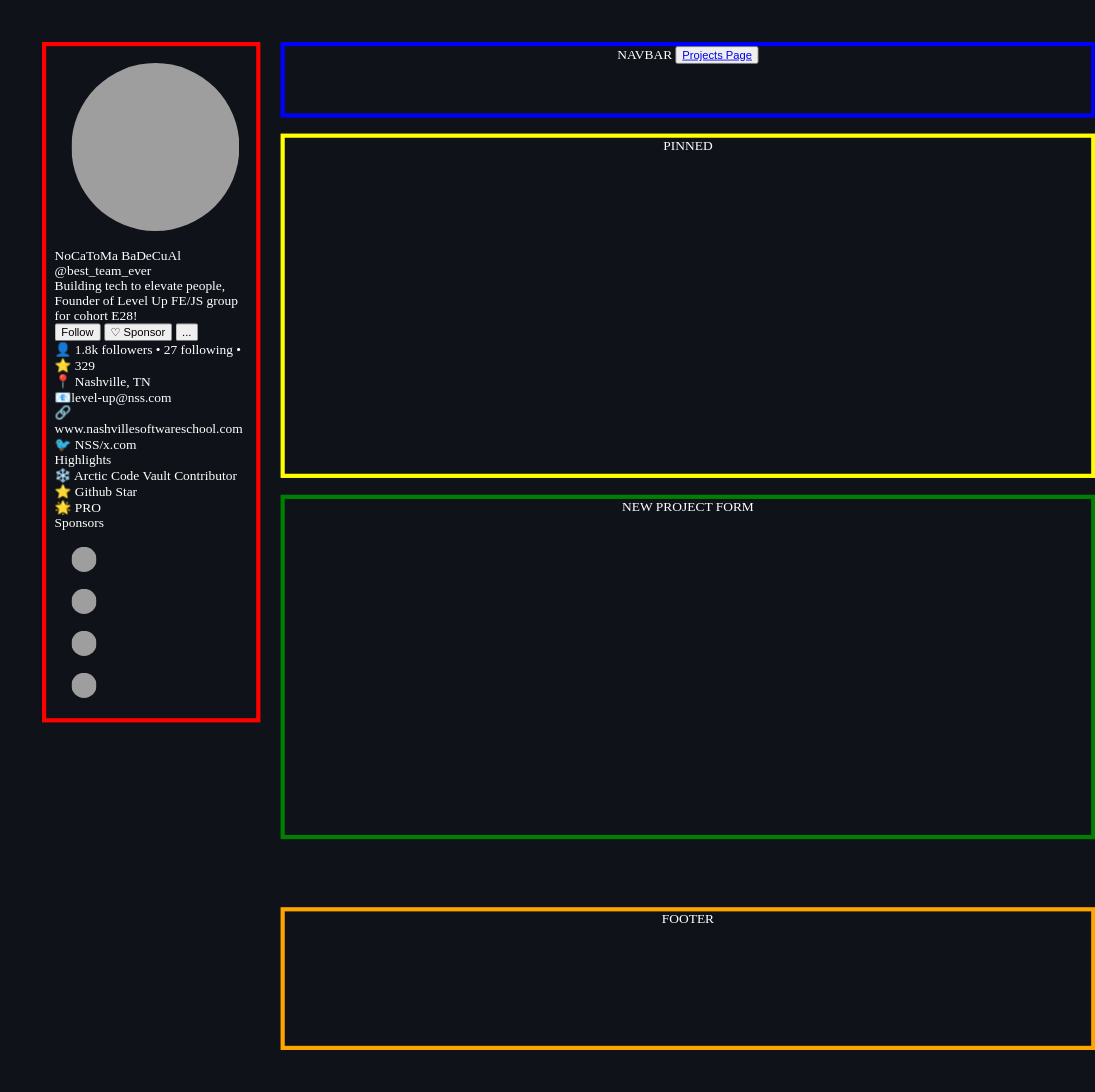
Repository: nss-evening-cohort-28/nss-evening-cohort-28-classroom-gitsub-Q1-project-gitsub
Page: index.html
An editor plug-in stored every save of this project. The page is shown before and after the next save, followed by the edit.
The browser window is 1280 px wide. The page is 1304 px wide, so the pictures cover 1304 px, including what lies to the right of the window. The pictures show the whole page, at 84% of full size.
Pictures or frames that could not be fetched are drawn as grey boxes.

Above is the page before, as saved 2024-08-07 20:46:47.

### index.html
<!DOCTYPE html>
<html lang="en">
<head>
    <meta charset="UTF-8">
    <meta name="viewport" content="width=device-width, initial-scale=1.0">
    <link rel="stylesheet" href="main.css">
    <title>Document</title>
</head>
<body>
    <div class="flexContainer">
        <div class="profile">
          <div class="top-section">
            <img src="https://media.tenor.com/GliBTZeL1kQAAAAM/%D0%BC%D0%BE%D0%B9-%D0%B4%D0%B5%D0%B4.gif" class="card-img-top" >
            <div class="profile-info">
            <p>NoCaToMa BaDeCuAl</p>
            <p>@best_team_ever</p>
            <p>Building tech to elevate people, Founder of Level Up FE/JS group for cohort E28!</p>
            </div>
            <div class="profile-section-buttons">
              <div class="d-grid gap-2 d-md-block">
                <button class="btn btn-primary" type="button">Follow</button>
                <button class="btn btn-primary" type="button">♡ Sponsor</button>
                <button class="btn btn-primary" type="button">...</button>
              </div>
            </div>
            <div class="profile-section-body">
              <p>👤 1.8k followers • 27 following • ⭐️ 329</p>
              <p>📍 Nashville, TN</p>
              <p>📧level-up@nss.com</p>
              <p>🔗 www.nashvillesoftwareschool.com</p>
              <p>🐦 NSS/x.com</p>
            </div>
          </div>
          <div class="middle-section">
            <p>Highlights</p>
            <p>❄️ Arctic Code Vault Contributor</p>
            <p>⭐️ Github Star</p>
            <p>🌟 PRO</p>
          </div>
          <div class="bottom-section">
            <p>Sponsors</p>
            <img src="https://avatars.githubusercontent.com/u/31261276?s=100&v=4" class="sponsor-pic">
            <img src="https://avatars.githubusercontent.com/u/137121714?s=100&v=4" class="sponsor-pic">
            <img src="https://avatars.githubusercontent.com/u/173638175?s=100&v=4" class="sponsor-pic">
            <img src="https://avatars.githubusercontent.com/u/107224963?s=100&v=4" class="sponsor-pic">
          </div>
        </div>
        <div class="flexContainer">
            <div class="navBar">NAVBAR
              <button><a href="projects.html">
                Projects Page
              </a></button>
            </div>
            <div class="pinned">PINNED</div>
            <div class="newProject">NEW PROJECT FORM</div>
            <div class="footer">FOOTER</div>
        </div>
    </div>
    <script src="main.js"></script>
</body>
</html>

### main.css
body {
    background-color: #0F1218;
    text-align: center;
    margin: 50px;
    width: 1200px;
    color: white;
}

.flexContainer {
    display: flex;
    flex-wrap: wrap;
    flex-direction: column;
    max-width: 75rem;
    height: 75rem;
    gap: 2%;
}

.profile {
    border: 5px solid red;
    width: 15rem;
    height: 50rem;
    text-align: left;
    padding-left: 10px;
}

.navBar {
    border: 5px solid blue;
    width: 60rem;
    height: 5rem;
}

.pinned {
    border: 5px solid yellow;
    width: 60rem;
    height: 25rem;
    margin-top: 2%;
}

.newProject {
    border: 5px solid green;
    width: 60rem;
    height: 25rem;
    margin-top: 2%;
}

.footer {
    border: 5px solid orange;
    width: 60rem;
    height: 10rem;
    margin-top: auto;
    align-self: flex-end;
}

#footerContainer {
    display: flex;
    align-self: flex-end;

}

/* Noah Styling: Profile Section Start*/
p {
    margin: 0;
}

.top-section {
    display: flex;
    flex-wrap: wrap;
    justify-content: flex-start;
    margin: 0px;
}

.card-img-top {
    display: flex;
    flex-wrap: wrap;
    justify-content: space-around;
    border-radius: 50%;
    height: 200px;
    width: 200px;
    margin: 20px;
  }

  .sponsor-pic {
    display: flex;
    flex-wrap: wrap;
    justify-content: space-around;
    border-radius: 50%;
    height: 30px;
    width: 30px;
    margin: 20px;
  }

  .profile-info {
    margin: 0px 0px 0px 0px !important;
    padding: 0px 0px 0px 0px;
  }
/* Noah Styling: Profile Section End */

Loaded but not shown: main.js (no copy from this time; the picture is the same without it)

After the next save:
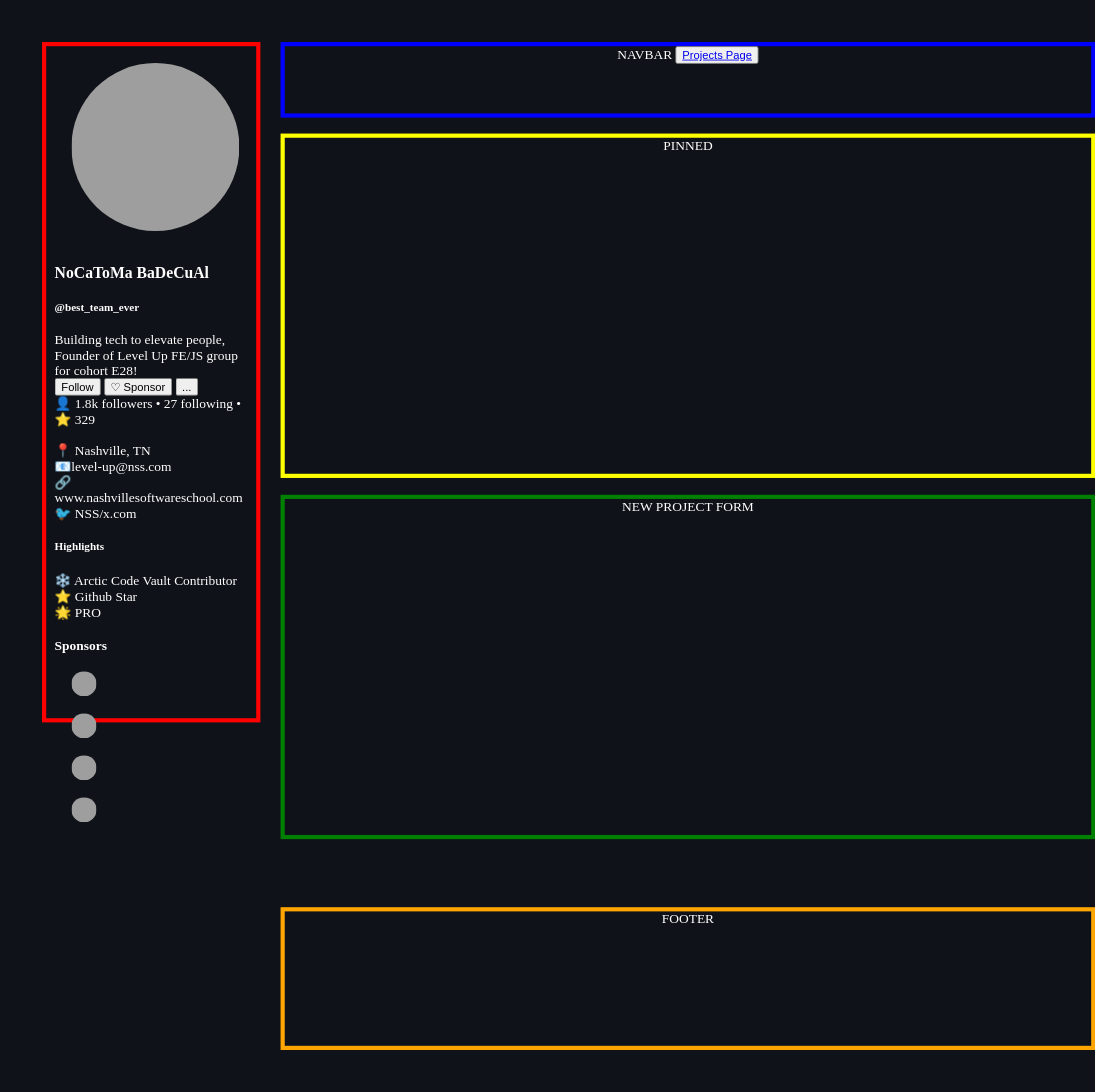
Saved 117 s later.
--- a/index.html
+++ b/index.html
@@ -12,8 +12,8 @@
           <div class="top-section">
             <img src="https://media.tenor.com/GliBTZeL1kQAAAAM/%D0%BC%D0%BE%D0%B9-%D0%B4%D0%B5%D0%B4.gif" class="card-img-top" >
             <div class="profile-info">
-            <p>NoCaToMa BaDeCuAl</p>
-            <p>@best_team_ever</p>
+            <h3>NoCaToMa BaDeCuAl</h3>
+            <h5>@best_team_ever</h5>
             <p>Building tech to elevate people, Founder of Level Up FE/JS group for cohort E28!</p>
             </div>
             <div class="profile-section-buttons">
@@ -25,6 +25,7 @@
             </div>
             <div class="profile-section-body">
               <p>👤 1.8k followers • 27 following • ⭐️ 329</p>
+              <br>
               <p>📍 Nashville, TN</p>
               <p>📧level-up@nss.com</p>
               <p>🔗 www.nashvillesoftwareschool.com</p>
@@ -32,13 +33,13 @@
             </div>
           </div>
           <div class="middle-section">
-            <p>Highlights</p>
+            <h5>Highlights</h5>
             <p>❄️ Arctic Code Vault Contributor</p>
             <p>⭐️ Github Star</p>
             <p>🌟 PRO</p>
           </div>
           <div class="bottom-section">
-            <p>Sponsors</p>
+            <h4>Sponsors</h4>
             <img src="https://avatars.githubusercontent.com/u/31261276?s=100&v=4" class="sponsor-pic">
             <img src="https://avatars.githubusercontent.com/u/137121714?s=100&v=4" class="sponsor-pic">
             <img src="https://avatars.githubusercontent.com/u/173638175?s=100&v=4" class="sponsor-pic">
